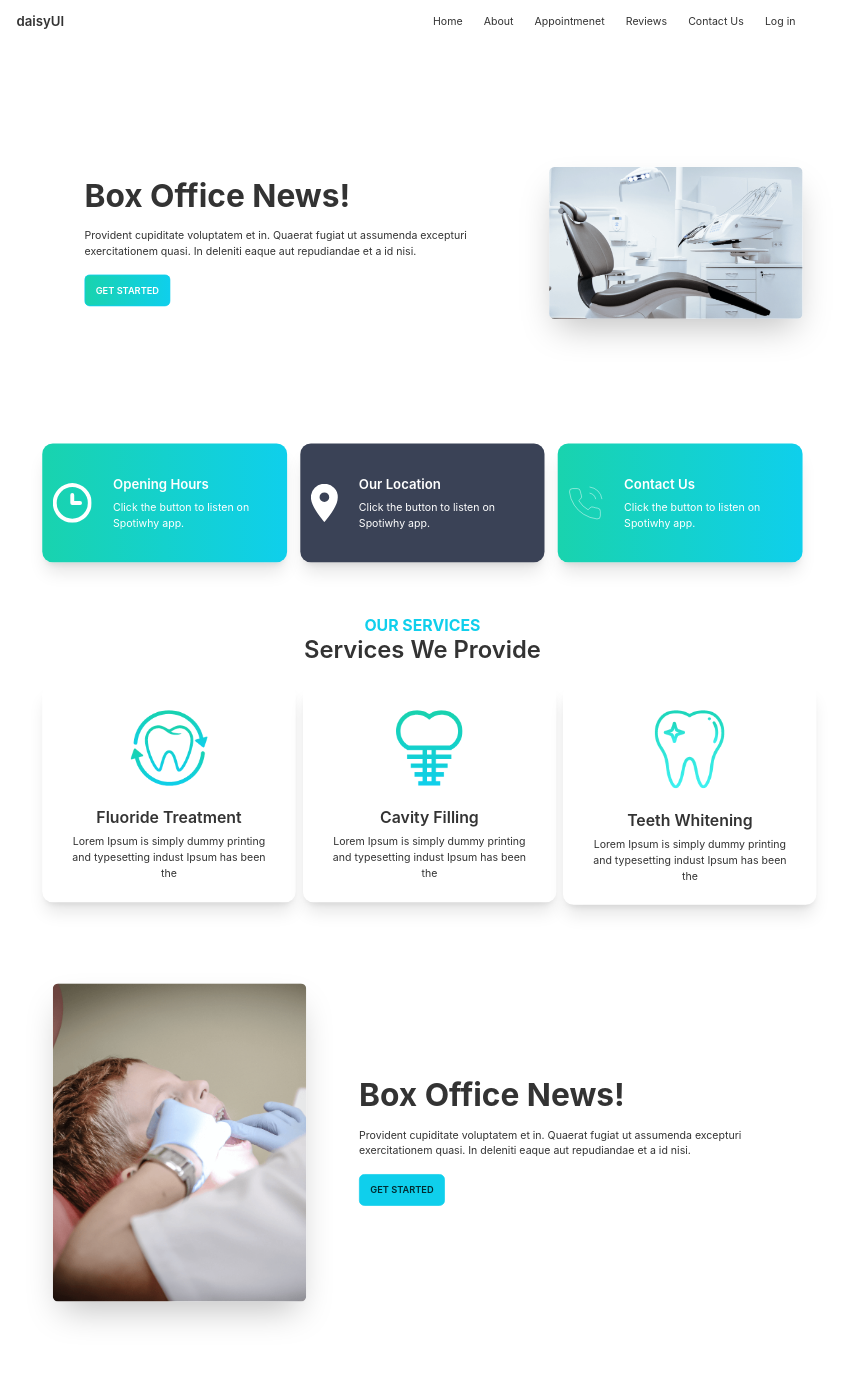
Repository: Tanvir3744/Doctors-client-website
Page: /
These files come from the project's save history. The page is drawn as it stood at one moment and after the next save; the edit follows.
The browser window is 1280 px wide. The pictures show the whole page, at 66% of full size.
The project was rebuilt for these pictures with package versions that can differ from the ones it lists, and the page was loaded fresh each time. Also part of the build but not shown: src/Pages/About/About.js, src/Pages/Login/Login.js, src/Pages/NotFound/NotFound.js.

Above is the page before, as saved 2022-05-25 20:28:01.

After the next save:
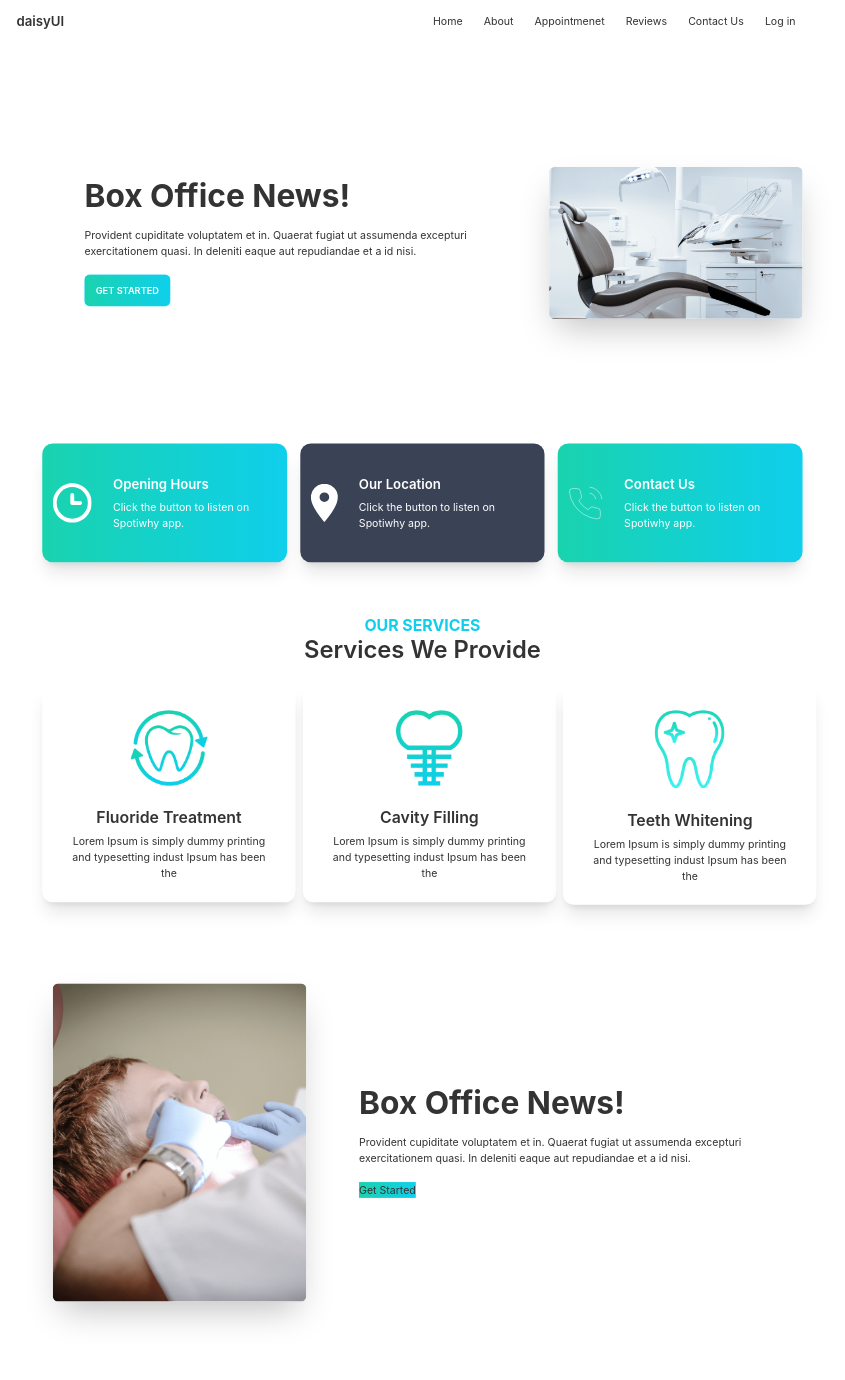
Saved 52 s later.
--- a/src/Pages/Home/ServiceHero.js
+++ b/src/Pages/Home/ServiceHero.js
@@ -10,7 +10,7 @@
                     <div className='ml-16'>
                         <h1 class="text-5xl font-bold">Box Office News!</h1>
                         <p class="py-6">Provident cupiditate voluptatem et in. Quaerat fugiat ut assumenda excepturi exercitationem quasi. In deleniti eaque aut repudiandae et a id nisi.</p>
-                        <button class="btn btn-primary">Get Started</button>
+                        <button class="bg-gradient-to-r from-secondary to-primary">Get Started</button>
                     </div>
                 </div>
             </div>

After the save that followed:
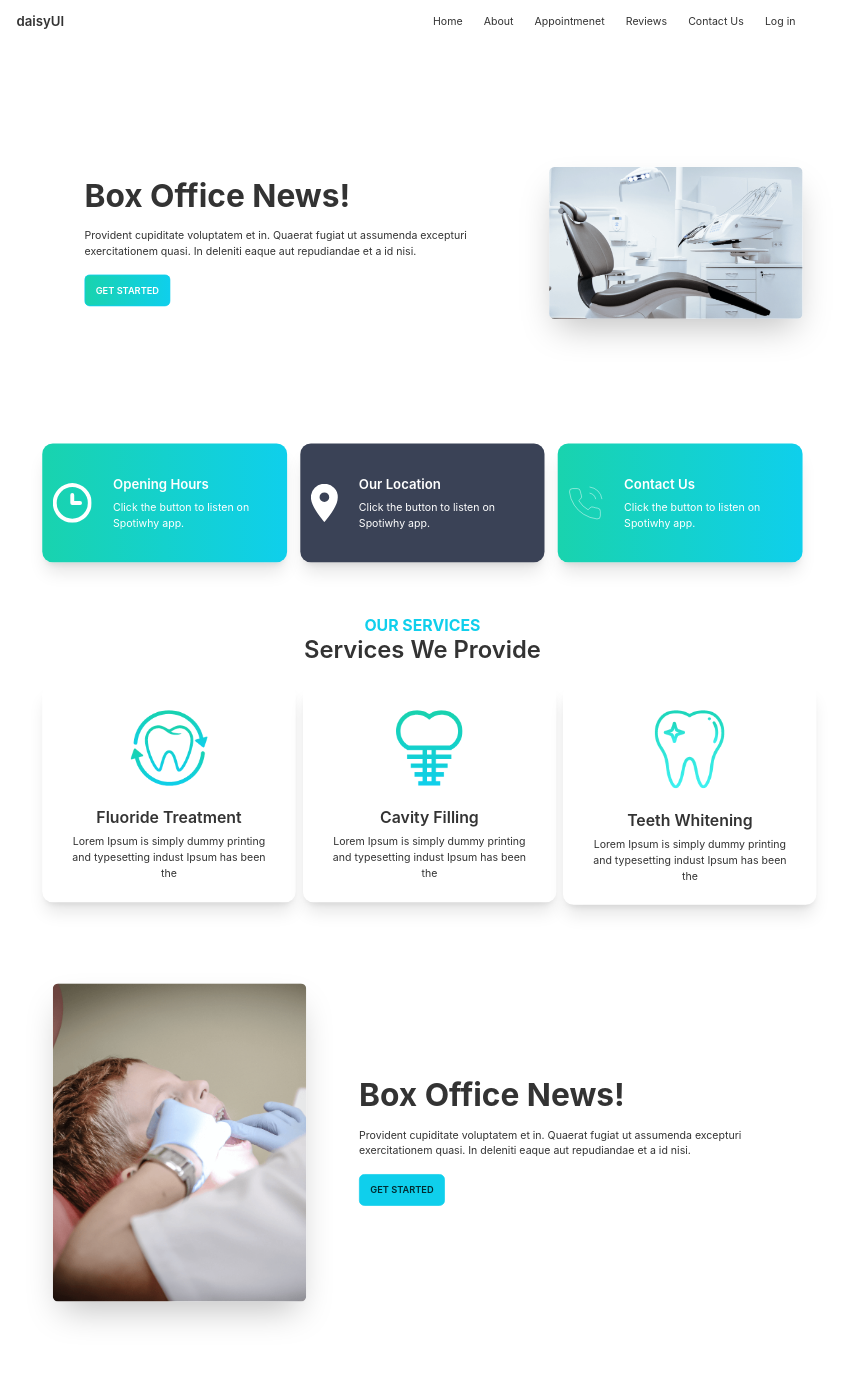
Saved 25 s later.
--- a/src/Pages/Home/ServiceHero.js
+++ b/src/Pages/Home/ServiceHero.js
@@ -7,10 +7,10 @@
             <div class="hero min-h-screen px-16">
                 <div class="hero-content flex-col lg:flex-row">
                     <img src={Treatment} class="max-w-sm rounded-lg shadow-2xl" />
-                    <div className='ml-16'>
+                    <div className ="ml-16">
                         <h1 class="text-5xl font-bold">Box Office News!</h1>
                         <p class="py-6">Provident cupiditate voluptatem et in. Quaerat fugiat ut assumenda excepturi exercitationem quasi. In deleniti eaque aut repudiandae et a id nisi.</p>
-                        <button class="bg-gradient-to-r from-secondary to-primary">Get Started</button>
+                        <button class="btn btn-primary">Get Started</button>
                     </div>
                 </div>
             </div>
